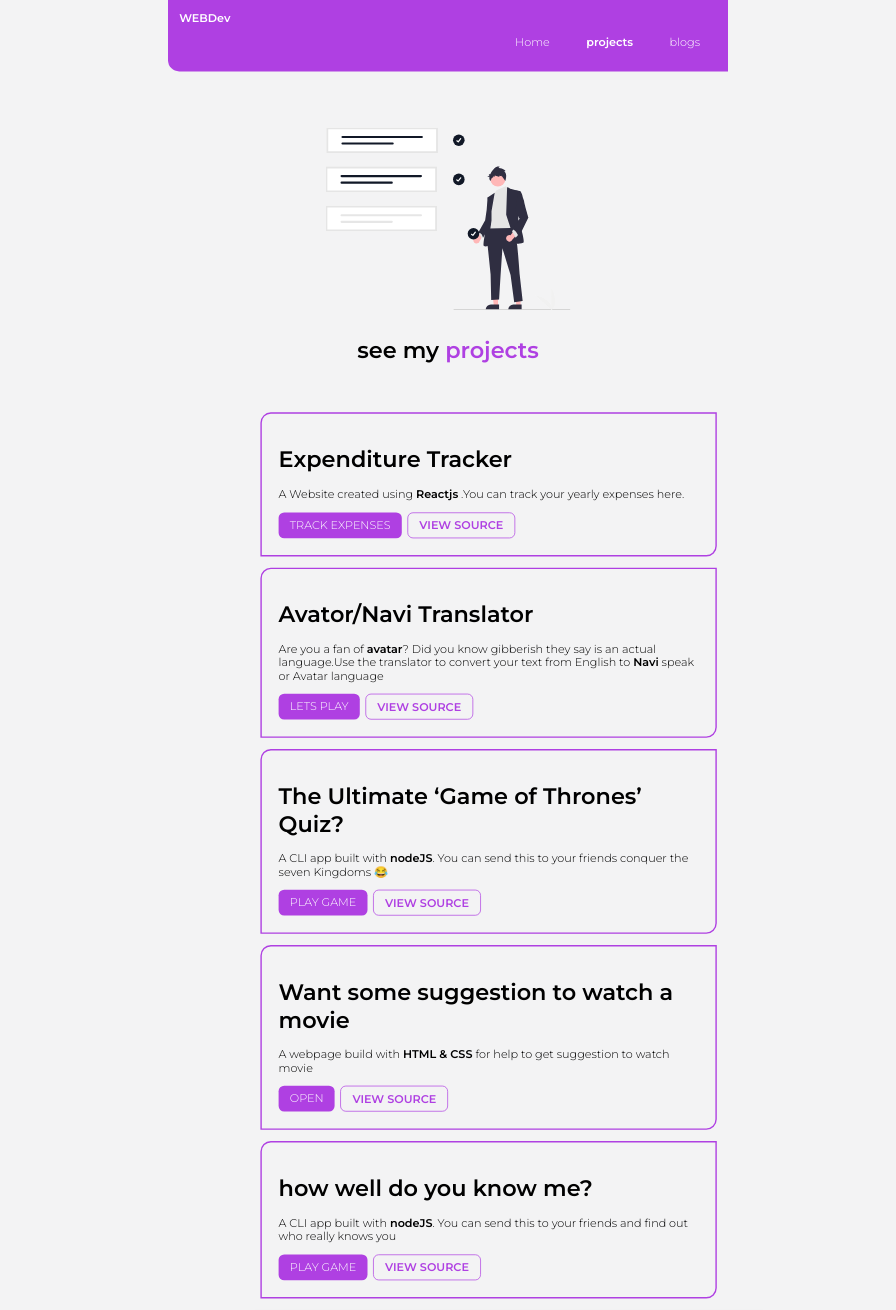
Repository: sohan2503001/Portfolio
Page: projects.html
These files come from the project's save history. The page is drawn as it stood at one moment and after the next save; the edit follows.
The browser window is 1280 px wide. The pictures show the whole page, at 70% of full size.

Above is the page before, as saved 2021-05-26 11:40:35.

### projects.html
<!DOCTYPE html>
<html lang="en">

<head>
  <meta charset="UTF-8" />
  <meta name="viewport" content="width=device-width, initial-scale=1.0" />
  <title>Projects | Sohan</title>
  <link rel="stylesheet" href="style.css" />
  <link rel="icon" href="images/favicon.svg" sizes="any" type="image/svg+xml">
</head>

<body>
  <nav class="navigation container">
    <div class="nav-brand">WEBDev</div>
    <ul class="list-non-bullet nav-pills">
      <li class="list-item-inline">
        <a class="link" href="/">Home</a>
      </li>
      <li class="list-item-inline">
        <a class="link link-active" href="projects.html">projects</a>
      </li>
      <li class="list-item-inline">
        <a class="link" href="blogs.html">blogs</a>
      </li>
    </ul>
  </nav>

  <header class="hero">
    <img class="hero-img" src="images/pro.svg" alt="" />
    <h1 class="hero-heading">
      see my<span class="heading-inverted"> projects</span>
    </h1>
  </header>


  <ol class="list list-non-bullet">


    <div class="container container-center box-contain">
      <li>
        <h1>Expenditure Tracker</h1>
        <p>
          A Website created using <strong>Reactjs</strong> .You can track your yearly expenses here.
        </p>

        <div class="link-button">
          <a class="link link-primary name-link" href="https://expenditure-tracker.netlify.app/"
          target="_blank">TRACK EXPENSES</a>
        <a class="link link-secondary" href="https://github.com/sohan2503001/Expenditure-Tracker" target="_blank">VIEW
          SOURCE</a>
        </div>
      </li>
    </div>


    <div class="container container-center box-contain">
      <li>
        <h1>Avator/Navi Translator </h1>
        <p>
          Are you a fan of <strong>avatar</strong>? Did you know gibberish they say is an actual
          language.Use the translator to convert your text from English to <strong>Navi</strong>
          speak or Avatar language
        </p>

        <div class="link-button">
          <a class="link link-primary name-link" href="https://avator-speak.netlify.app/"
          target="_blank">LETS PLAY</a>
        <a class="link link-secondary" href="https://github.com/sohan2503001/Avator-speak" target="_blank">VIEW
          SOURCE</a>
        </div>
      </li>
    </div>


    <div class="container container-center box-contain">
      <li>
        <h1>The Ultimate ‘Game of Thrones’ Quiz?</h1>
        <p>
          A CLI app built with <strong>nodeJS</strong>. You can send this to
          your friends conquer the seven Kingdoms 😂
        </p>

        <div class="link-button">
          <a class="link link-primary name-link" href="https://replit.com/@Sohan250301/GameofThronesQuiz?embed=1&output=1#index.js"
          target="_blank">PLAY GAME</a>
        <a class="link link-secondary" href="https://github.com/sohan2503001/GOTQuiz" target="_blank">VIEW SOURCE</a>
        </div>
      </li>
    </div>


    <div class="container container-center box-contain">
      <li>
        <h1>Want some suggestion to watch a movie</h1>
        <p>
          A webpage build with <strong>HTML & CSS </strong> for help to get suggestion to watch movie
        </p>

        <div class="link-button">
          <a class="link link-primary name-link" href="https://moviesreview.netlify.app/" target="_blank">OPEN</a>
        <a class="link link-secondary" href="https://github.com/sohan2503001/MovieSuggestion" target="_blank">VIEW
          SOURCE</a>
        </div>
      </li>
    </div>


    <div class="container container-center box-contain">
      <li>
        <h1>how well do you know me?</h1>
        <p>
          A CLI app built with <strong>nodeJS</strong>. You can send this to
          your friends and find out who really knows you
        </p>

        <div class="link-button">
          <a class="link link-primary name-link" href="https://replit.com/@Sohan250301/How-much-you-know-me?embed=1&output=1"
          target="_blank">PLAY GAME</a>
        <a class="link link-secondary" href="https://github.com/sohan2503001/Quiz1" target="_blank">VIEW SOURCE</a>
        </div>
      </li>
    </div>


  </ol>
  <script src="code.js"></script>
</body>

</html>

### style.css
@import url('https://fonts.googleapis.com/css2?family=Montserrat:wght@300;600&display=swap');

:root{
    --primary-color: #af40e2;
    --dark-gray: #7E7F83;
    --off-white: #5db4b4;
}

body {
    font-family: 'Montserrat', sans-serif;
    margin: auto;
    max-width: 800px;
    width: 100%;
    background-color: #F3F3F4;
}

hr{
    margin: 2rem 0rem;
}

/** container **/
.container{
    padding: 0rem 1rem;
}

.container-center{
    max-width: 600px;
    margin: auto;
}

/** links **/
.link{
    text-decoration: none;
    padding: 0.5rem 1rem;
    /*margin: 1rem 0rem 1rem 0rem;*/
}

.link-primary{
    background-color: var(--primary-color);
    border-radius: 0.5rem;
    color:white;
}

.link-secondary{
    color: var(--primary-color);
    border-radius: 0.5rem;
    border: 1px solid var(--primary-color);
    font-weight: bold;
}

/** lists **/

.list-non-bullet{
    list-style: none;
}

.list-item-inline{
    display: inline;
    padding: 0rem 0.5rem;
}

/** navigation **/

.navigation{
    background-color: var(--primary-color);
    color: white;
    padding: 1rem;
    border-bottom-left-radius: 1rem;
}

.navigation .nav-brand{
    font-weight: bold;
}

.navigation .nav-pills{
    text-align: right;
}

.navigation .link{
    color: white;
}

.navigation .link-active{
    font-weight: bold;
}

/**header **/

.hero{
    padding: 2rem;
    padding-top: 5rem;
}

.hero .hero-img{
    max-width: 350px;
    display: block;
    margin: auto;
}

.hero .hero-heading{
    padding-top: 1rem;
    color: var(--dark-red);
    text-align: center;
}

.hero .hero-heading .heading-inverted{
    color: var(--primary-color)
}

/** section **/
.section{
    padding: 1rem;
    border-radius: 15px;
    margin: 2rem;
}

.section h1{
    text-align: center;
    font-weight: bolder;
}

.ow {
    background-color: var(--off-white);
}

.section p{
    font-weight: bold;
}

/**footer **/

.footer{
    background-color: var(--primary-color);
    padding: 1rem;
    text-align: center;
    color: white;
    border-top-right-radius: 1rem;
}

.footer .link{
    color: white;
}

.footer .footer-header{
    font-weight: bold;
    font-size: large;
}

.footer ul{
    padding-inline-start: 0px;
}

/**Projects**/
.box-contain{
    border: 2px solid var(--primary-color);
    padding: 1.5rem;
    border-top-left-radius: 15px;
    border-bottom-right-radius: 15px;
    margin: auto;
    margin-top: 1rem;
    margin-right: 1rem;
}

.link-button{
    display: flex;
}

.name-link{
    margin-right: 0.5rem;
}

### code.js
function myFunction() {
    var element = document.body;
    element.classList.toggle("dark-mode");
}

After the next save:
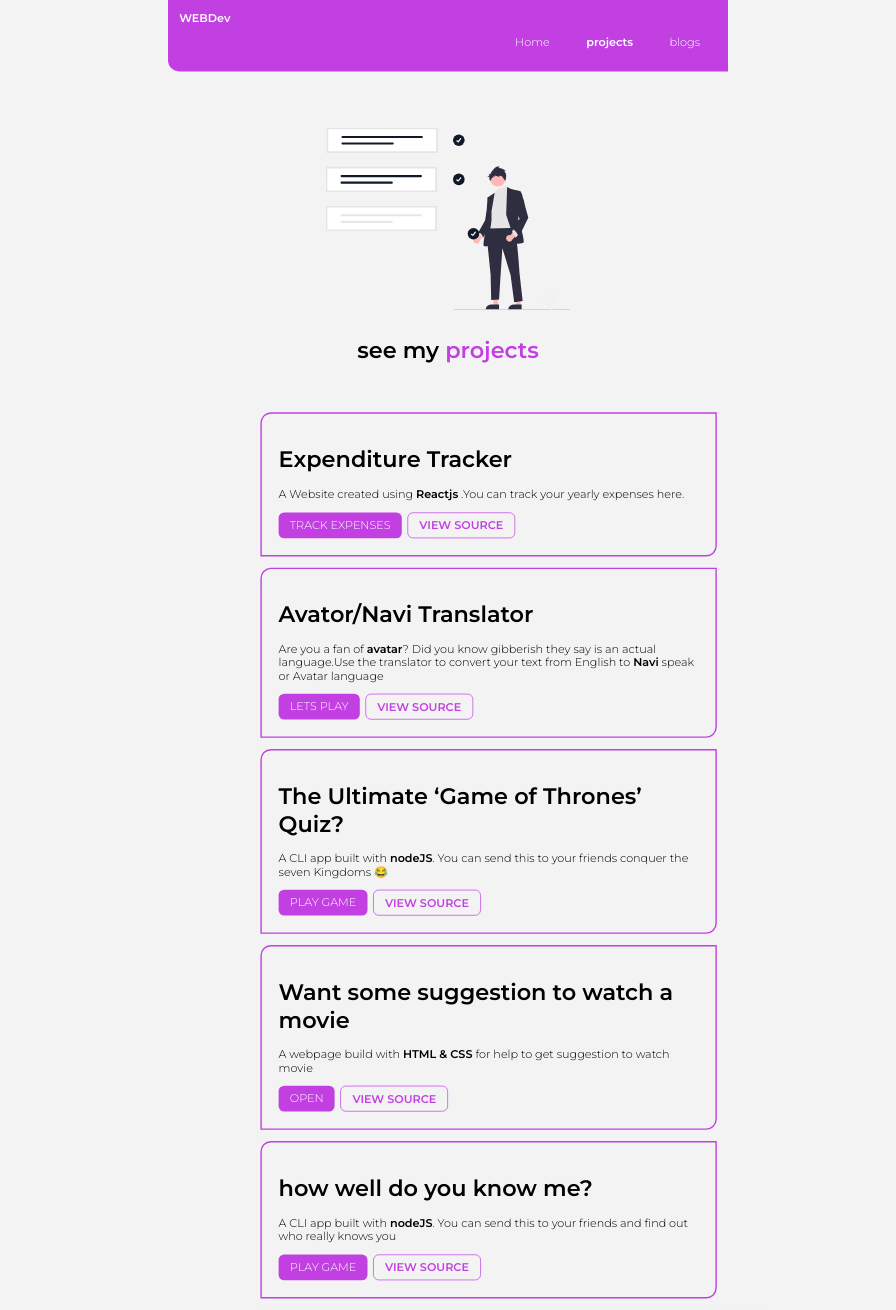
Saved 18 s later.
--- a/style.css
+++ b/style.css
@@ -1,7 +1,7 @@
 @import url('https://fonts.googleapis.com/css2?family=Montserrat:wght@300;600&display=swap');
 
 :root{
-    --primary-color: #af40e2;
+    --primary-color: #c240e2;
     --dark-gray: #7E7F83;
     --off-white: #5db4b4;
 }

After the save that followed:
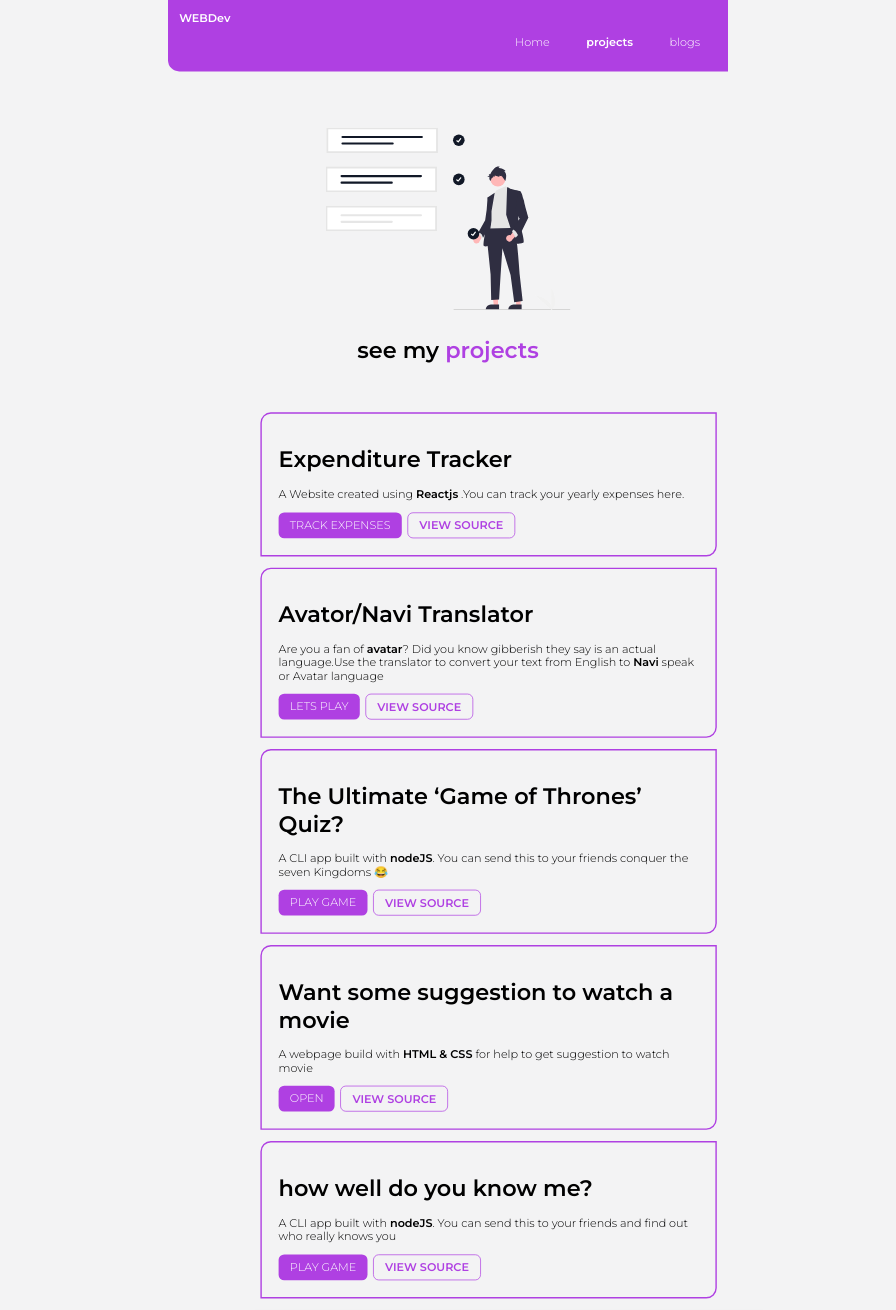
Saved 6 s later.
--- a/style.css
+++ b/style.css
@@ -1,7 +1,7 @@
 @import url('https://fonts.googleapis.com/css2?family=Montserrat:wght@300;600&display=swap');
 
 :root{
-    --primary-color: #c240e2;
+    --primary-color: #af40e2;
     --dark-gray: #7E7F83;
     --off-white: #5db4b4;
 }
